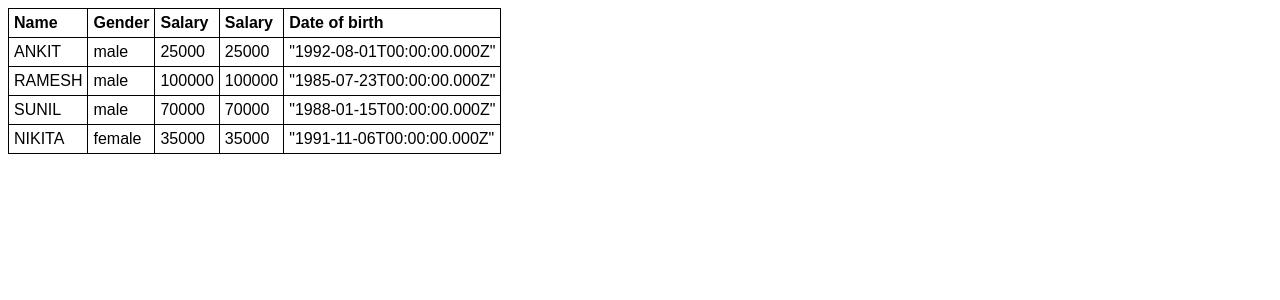
Repository: ammoreloaded/WebProjectFirst
Page: homework/WebProjectFirst/web/filterDemo.html
The author's editor kept a copy of each file at every save. The page is drawn from the files as they stood at one save, then again after the next save.
The browser window is 1280 px wide. The pictures show the whole page.

Above is the page before, as saved 2016-05-19 15:06:24.

After the next save:
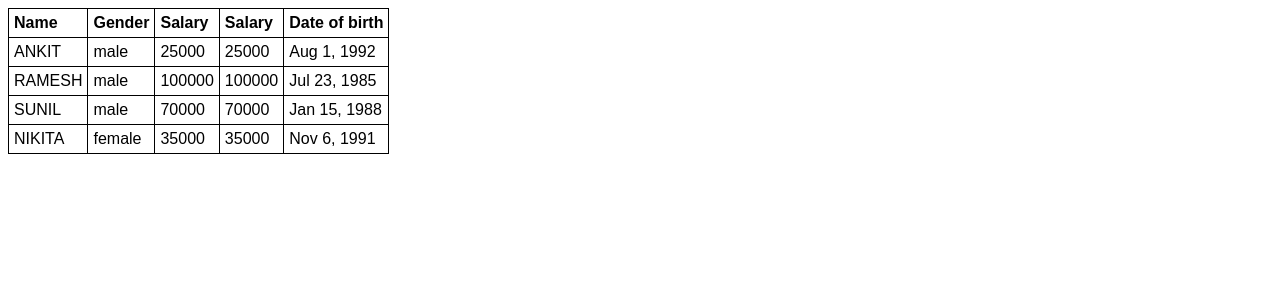
Saved 64 s later.
--- a/homework/WebProjectFirst/web/filterDemo.html
+++ b/homework/WebProjectFirst/web/filterDemo.html
@@ -23,7 +23,7 @@
 					<td>{{ employee.gender | lowercase }}</td>
 					<td>{{ employee.salary }}</td>
 					<td>{{ employee.salary }}</td>
-					<td>{{ employee.dateOfBirth }}</td>
+					<td>{{ employee.dateOfBirth | date : DDMMYYYY }}</td>
 				</tr>
 			</tbody>
 		</table>
